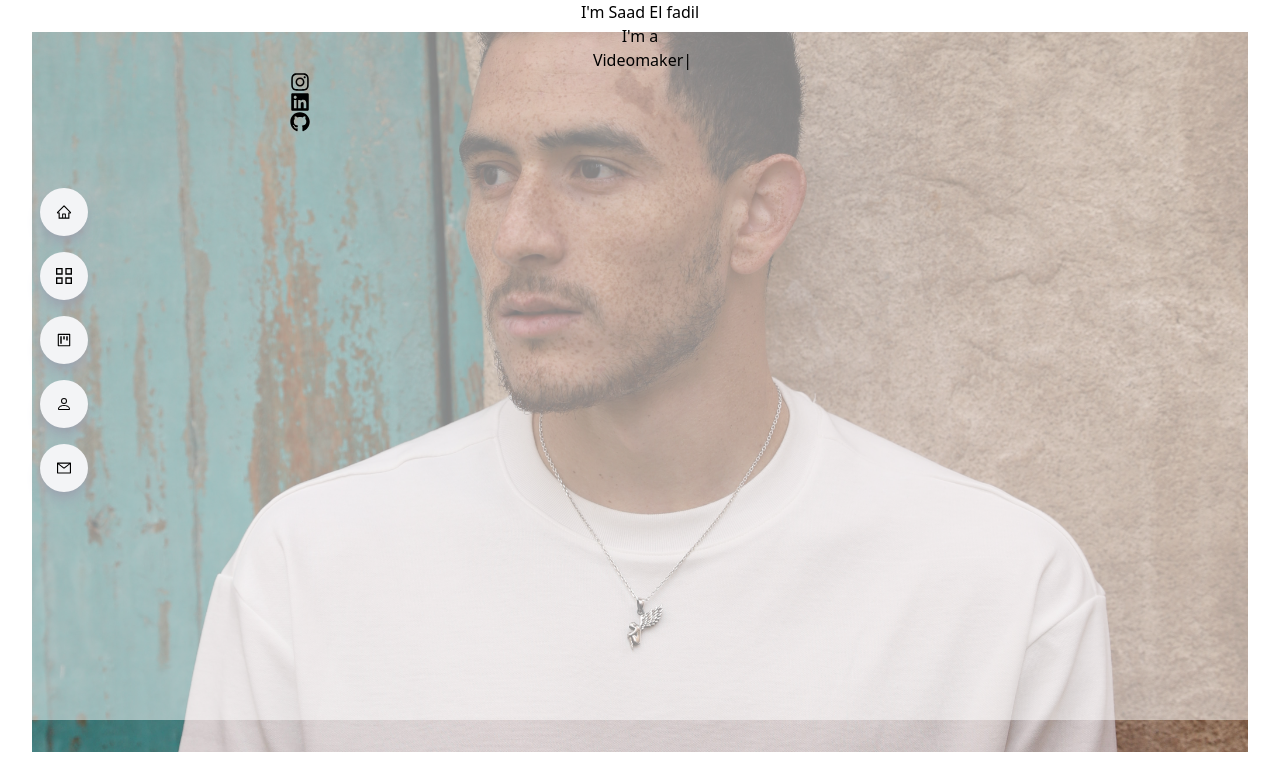
Repository: Saadelfadil/saadelfadil.github.io
Page: /
The author's editor kept a copy of each file at every save. The page is drawn from the files as they stood at one save, then again after a run of saves.
The browser window is 1280 px wide. The pictures show the whole page.
The project was rebuilt for these pictures with package versions that can differ from the ones it lists, and the page was loaded fresh each time. Also part of the build but not shown: vite.config.js.

Above is the page before, as saved 2023-02-26 16:51:28.

### src/App.jsx
import './App.css'
import Sidenave from './components/Sidenave'
import Main from './components/Main'

function App() {

  return (
    <div>
      <Sidenave />
      <Main />
    </div>
  )
}

export default App

### src/components/Sidenave.jsx
import React, { useState } from "react";
import { AiOutlineHome, AiOutlineMail, AiOutlineMenu, AiOutlineProject } from "react-icons/ai"
import { GrProjects } from "react-icons/gr"
import { BsPerson } from "react-icons/bs"

const Sidenave = () => {
    const [nav, setNav] = useState(false)

    const handleNav = () => {
        setNav((prev) => prev = !nav);
    };

  return (
    <div>
        <AiOutlineMenu onClick={handleNav} className="absolute top-4 right-4 z-[100] md:hidden"/>
        {
            nav ? (
                <div className="fixed w-full h-screen bg-white/90 flex flex-col justify-center items-center z-20">
                    <a href="#main" className="w-[75%] flex justify-center rounded-full shadow-lg bg-gray-100 shadow-gray-400 m-2 p-4 cursor-pointer hover:scale-110 ease-in duration-200">
                        <AiOutlineHome size={20}/>
                        <span className="pl-4">Home</span>
                    </a>
                    <a href="#work" className="w-[75%] flex justify-center rounded-full shadow-lg bg-gray-100 shadow-gray-400 m-2 p-4 cursor-pointer hover:scale-110 ease-in duration-200">
                        <GrProjects size={20}/>
                        <span className="pl-4">Work</span>
                    </a>
                    <a href="#projects" className="w-[75%] flex justify-center rounded-full shadow-lg bg-gray-100 shadow-gray-400 m-2 p-4 cursor-pointer hover:scale-110 ease-in duration-200">
                        <AiOutlineProject size={20}/>
                        <span className="pl-4">Projects</span>
                    </a>
                    <a href="#main" className="w-[75%] flex justify-center rounded-full shadow-lg bg-gray-100 shadow-gray-400 m-2 p-4 cursor-pointer hover:scale-110 ease-in duration-200">
                        <BsPerson size={20}/>
                        <span className="pl-4">Resume</span>
                    </a>
                    <a href="#contact" className="w-[75%] flex justify-center rounded-full shadow-lg bg-gray-100 shadow-gray-400 m-2 p-4 cursor-pointer hover:scale-110 ease-in duration-200">
                        <AiOutlineMail size={20}/>
                        <span className="pl-4">Contact</span>
                    </a>
                </div>
            ) : ""
        }

        <div className="md:block hidden fixed top-[25%] z-10">
            <div className="flex flex-col">
                <a href="#main" className="rounded-full shadow-lg bg-gray-100 shadow-gray-400 m-2 p-4 cursor-pointer hover:scale-110 ease-in duration-300 ">
                    <AiOutlineHome />
                </a>
                <a href="#work" className="rounded-full shadow-lg bg-gray-100 shadow-gray-400 m-2 p-4 cursor-pointer hover:scale-110 ease-in duration-300 ">
                    <GrProjects />
                </a>
                <a href="#projects" className="rounded-full shadow-lg bg-gray-100 shadow-gray-400 m-2 p-4 cursor-pointer hover:scale-110 ease-in duration-300 ">
                    <AiOutlineProject />
                </a>
                <a href="#main" className="rounded-full shadow-lg bg-gray-100 shadow-gray-400 m-2 p-4 cursor-pointer hover:scale-110 ease-in duration-300 ">
                    <BsPerson />
                </a>
                <a href="#contact" className="rounded-full shadow-lg bg-gray-100 shadow-gray-400 m-2 p-4 cursor-pointer hover:scale-110 ease-in duration-300 ">
                    <AiOutlineMail />
                </a>
            </div>
        </div>
    </div>
  )
};

export default Sidenave;

### src/components/Main.jsx
import React from "react";
import { TypeAnimation } from "react-type-animation"
import { FaGithub, FaInstagram, FaLinkedin } from "react-icons/fa"

const Main = () => {
  return (
    <div id="main">
        <img className="w-full h-screen object-cover object-right " src="/src/assets/saadelfadil.jpg" alt="saadelfadil" />
        <div className="w-full h-screen absolute top-0 left-0 bg-white/50 ">
            <div className="max-w-[700px] m-auto h-full w-full flex flex-col justify-center lg:justify-start ">
                <h1>I'm Saad El fadil</h1>
                <h2>I'm a
                    <TypeAnimation
                        sequence={[
                            'Software Engineer', // Types 'One'
                            1000, // Waits 1s
                            'Videomaker', // Deletes 'One' and types 'Two'
                            2000, // Waits 2s
                        ]}
                        wrapper="div"
                        cursor={true}
                        repeat={Infinity}
                        style={{ fontSize: '1em', paddingLeft: "5px" }}
                    />
                </h2>
                <div>
                        <FaInstagram size={20} className="cursor-pointer"/>
                        <FaLinkedin size={20} className="cursor-pointer"/>
                        <FaGithub size={20} className="cursor-pointer"/>
                </div>
            </div>
        </div>
    </div>
  )
};

export default Main;

Loaded but not shown: index.html (common file); src/main.jsx (common file); src/index.css (common file); src/App.css (common file); tailwind.config.cjs (common file)

After the next 4 saves:
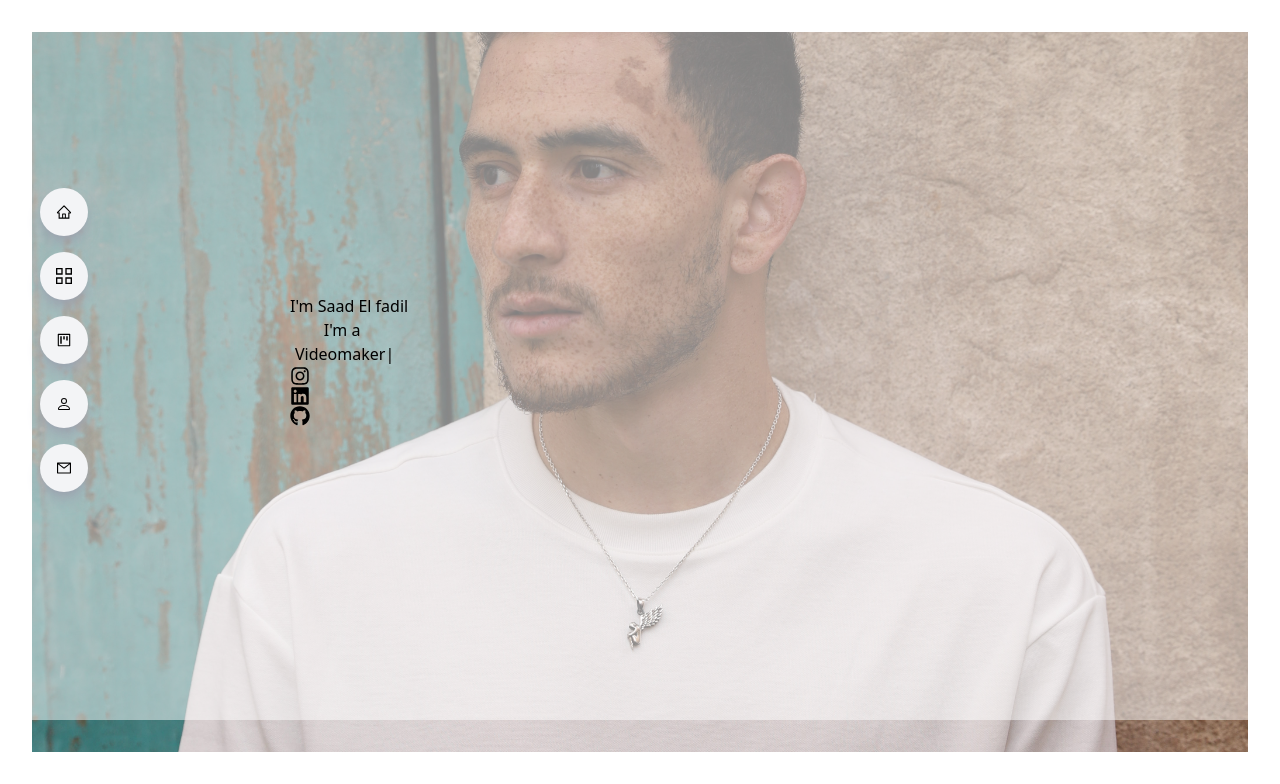
The 4 saves are shown as one change because they came seconds apart.
The last was saved 11 s later.
--- a/src/components/Main.jsx
+++ b/src/components/Main.jsx
@@ -7,7 +7,7 @@ const Main = () => {
     <div id="main">
         <img className="w-full h-screen object-cover object-right " src="/src/assets/saadelfadil.jpg" alt="saadelfadil" />
         <div className="w-full h-screen absolute top-0 left-0 bg-white/50 ">
-            <div className="max-w-[700px] m-auto h-full w-full flex flex-col justify-center lg:justify-start ">
+            <div className="max-w-[700px] m-auto h-full w-full flex flex-col justify-center lg:items-start items-center ">
                 <h1>I'm Saad El fadil</h1>
                 <h2>I'm a
                     <TypeAnimation
